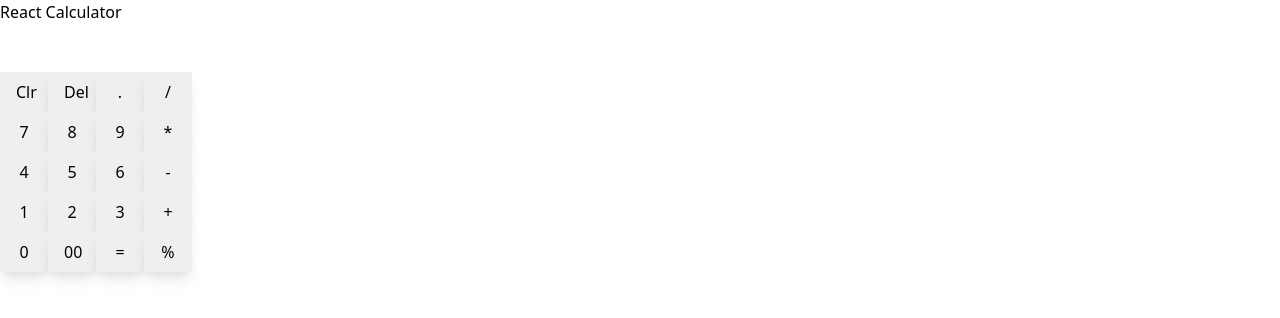
Repository: latenightsnacc/React-Calculator
Page: / (app in docs/react-calculator/)
These files come from the project's save history. The page is drawn as it stood at one moment and after the next save; the edit follows.
The browser window is 1280 px wide. The pictures show the whole page.
The project was rebuilt for these pictures with package versions that can differ from the ones it lists, and the page was loaded fresh each time. Also part of the build but not shown: docs/react-calculator/craco.config.js.

Above is the page before, as saved 2021-11-11 15:41:57.

### docs/react-calculator/src/components/Calculator.js
import React, { Component } from 'react'
import CalculatorTitle from './CalculatorTitle'
import CalculatorScreen from './CalculatorScreen'
import Button from './Button'

class Calculator extends Component {
    render() {
        return (
            <div className="frame">
                <CalculatorTitle value="React Calculator" />
                <div className="calculator-body">
                    <CalculatorScreen />
                    <div className="button-row">
                        <Button label={'Clr'} />
                        <Button label={'Del'} />
                        <Button label={'.'}/>
                        <Button label={'/'}/>
                    </div>
                    <div className="button-row">
                        <Button label={'7'}/>
                        <Button label={'8'}/>
                        <Button label={'9'}/>
                        <Button label={'*'}/>
                    </div>
                    <div className="button-row">
                        <Button label={'4'}/>
                        <Button label={'5'}/>
                        <Button label={'6'}/>
                        <Button label={'-'}/>
                    </div>
                    <div className="button-row">
                        <Button label={'1'}/>
                        <Button label={'2'}/>
                        <Button label={'3'}/>
                        <Button label={'+'}/>
                    </div>
                    <div className="button-row">
                        <Button label={'0'}/>
                        <Button label={'00'}/>
                        <Button label={'='}/>
                        <Button label={'%'}/>
                    </div>

                </div>
            </div>
        )
    }
}

export default Calculator

### docs/react-calculator/src/components/CalculatorTitle.js
import React from 'react'

function CalculatorTitle(props) {
    return (
        <div className='calculator-title'>
            {props.value}
        </div>
    )
}

export default CalculatorTitle

### docs/react-calculator/src/components/CalculatorScreen.js
import React from 'react'
import CalculatorOutputRow from './CalculatorOutputRow'

const CalculatorScreen = () => {
    return (
        <div className="screen">
            <CalculatorOutputRow/>
            <CalculatorOutputRow/>
        </div>
    )
}

export default CalculatorScreen;

### docs/react-calculator/src/components/Button.js
import React from 'react'

const Button = (props) => {
    return(
        <input className="shadow-lg w-12 py-2 px-4"
            type="button"
            value={props.label}
        />
    )
}

export default Button;

### docs/react-calculator/src/components/CalculatorOutputRow.js
import React from 'react';

const CalculatorOutputRow = () => {
    return(
        <div className="screen-row">
            <input type="text" readOnly />
        </div>
    )
}

export default CalculatorOutputRow

Loaded but not shown: docs/react-calculator/public/index.html (common file); docs/react-calculator/src/index.js (common file); docs/react-calculator/src/index.css (common file); docs/react-calculator/src/App.js (common file); docs/react-calculator/src/reportWebVitals.js (common file); docs/react-calculator/tailwind.config.js (common file)

After the next save:
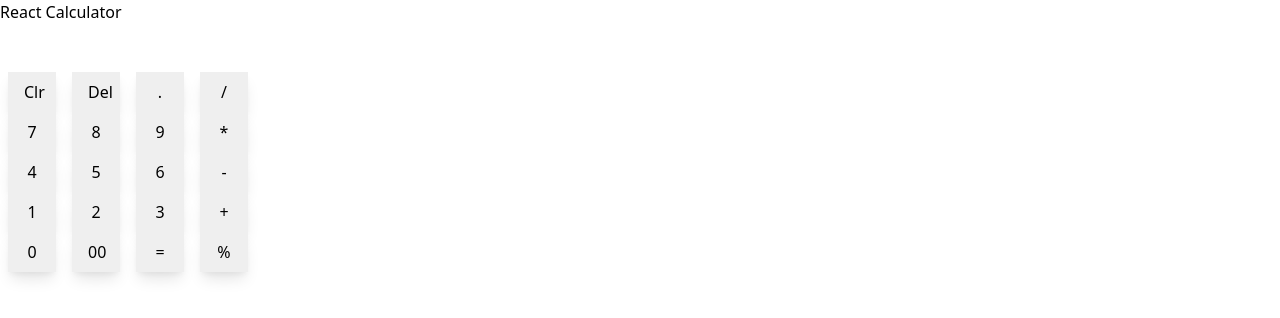
Saved 31 s later.
--- a/docs/react-calculator/src/components/Button.js
+++ b/docs/react-calculator/src/components/Button.js
@@ -2,7 +2,7 @@ import React from 'react'
 
 const Button = (props) => {
     return(
-        <input className="shadow-lg w-12 py-2 px-4"
+        <input className="shadow-lg w-12 mx-2 py-2 px-4"
             type="button"
             value={props.label}
         />
